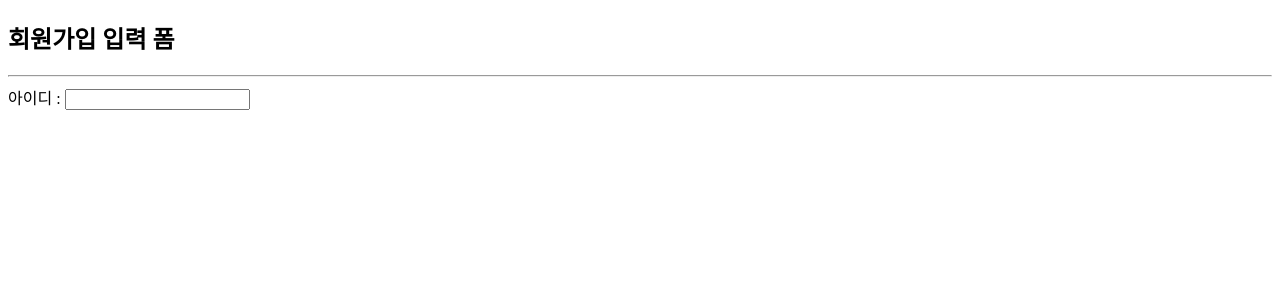
Repository: kimjoohye/study_WEB
Page: http://localhost/studyhtml5/jsp/j04/memberSignForm.jsp
An editor plug-in stored every save of this project. The page is shown before and after the next save, followed by the edit.
The browser window is 1280 px wide. The pictures show the whole page.
The page is served by Tomcat 9. Other server files are loaded and not shown.

Above is the page before, as saved 2022-05-19 00:26:26.

### workspace/studyhtml5/WebContent/jsp/j04/memberSignForm.jsp
<%@ page language="java" contentType="text/html; charset=UTF-8"
    pageEncoding="UTF-8"%>
<!DOCTYPE html>
<html>
<head>
<meta charset="UTF-8">
<title>Insert title here</title>
</head>
<body>
	<h2>회원가입 입력 폼</h2>
	<hr/>
  <form action="processJoining.jsp" method="post">
    아이디 : <input type="text" name="id">
  </form>
</body>
</html>

After the next save:
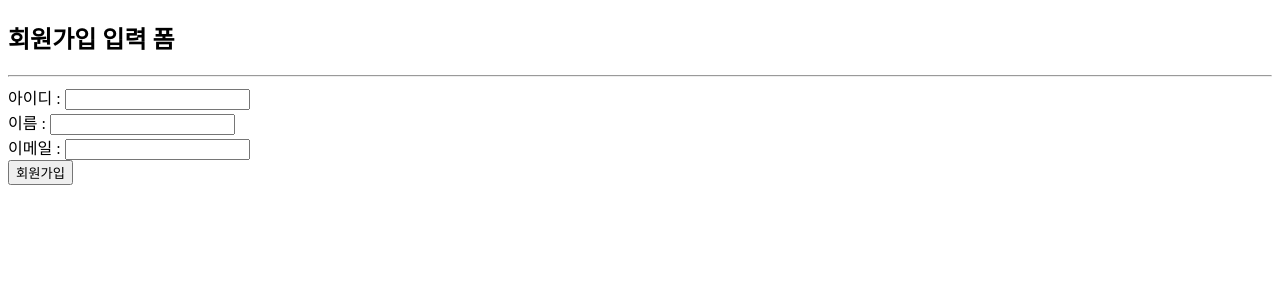
Saved 86 s later.
--- a/workspace/studyhtml5/WebContent/jsp/j04/memberSignForm.jsp
+++ b/workspace/studyhtml5/WebContent/jsp/j04/memberSignForm.jsp
@@ -10,7 +10,10 @@
 	<h2>회원가입 입력 폼</h2>
 	<hr/>
   <form action="processJoining.jsp" method="post">
-    아이디 : <input type="text" name="id">
+	    아이디 : <input type="text" name="id"><br/>
+	    이름 : <input type="text" name="name"><br/>
+	    이메일 : <input type="text" name="email"><br/>
+	  <input type="submit" value="회원가입">
   </form>
 </body>
 </html>
